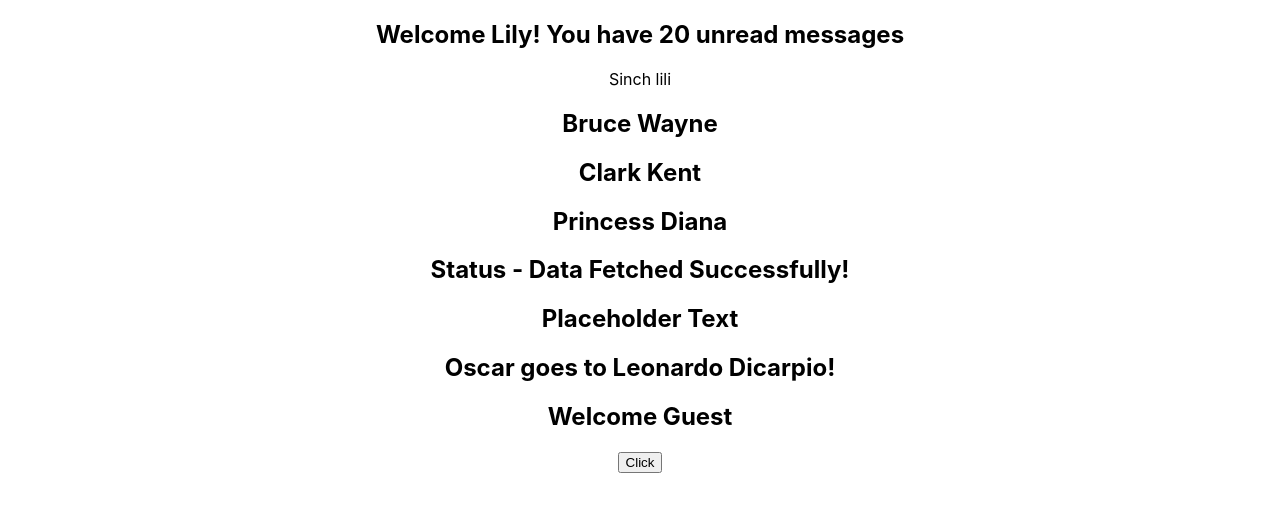
Repository: sinchana-P/react-typescript-demo
Page: /
The author's editor kept a copy of each file at every save. The page is drawn from the files as they stood at one save, then again after the next save.
The browser window is 1280 px wide. The pictures show the whole page.
The project was rebuilt for these pictures with package versions that can differ from the ones it lists, and the page was loaded fresh each time.

Above is the page before, as saved 2023-12-03 12:31:24.

After the next save:
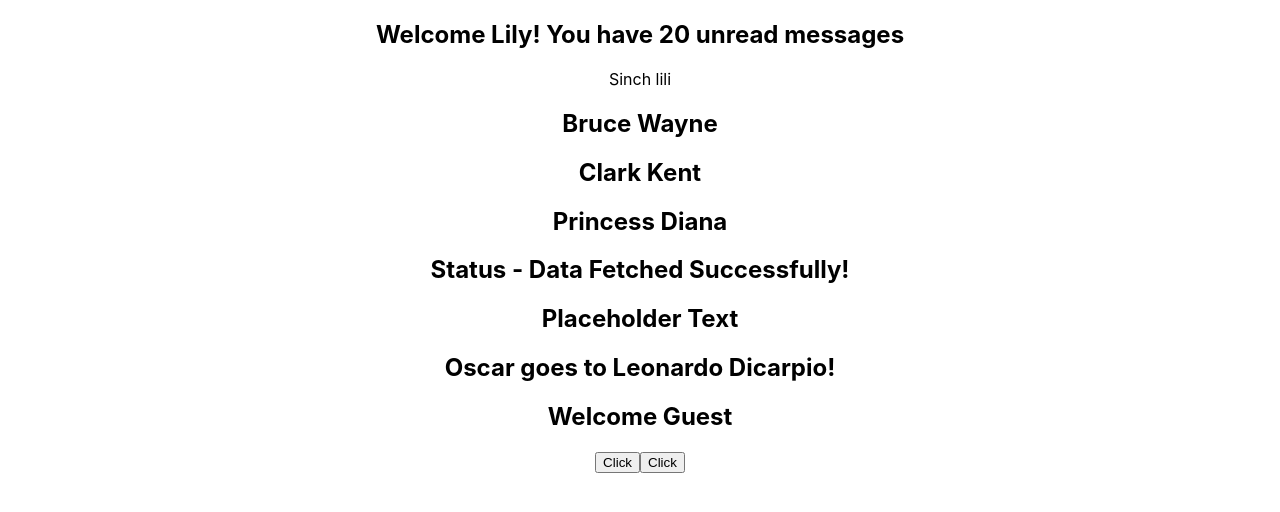
Saved 6 s later.
--- a/src/App.tsx
+++ b/src/App.tsx
@@ -45,6 +45,9 @@ function App() {
       <Button handleClick={() => {
         console.log('Button Clicked');
       }} />
+      <Button handleClick={() => {
+        console.log('Button Clicked');
+      }} />
     </div>
   );
 }
